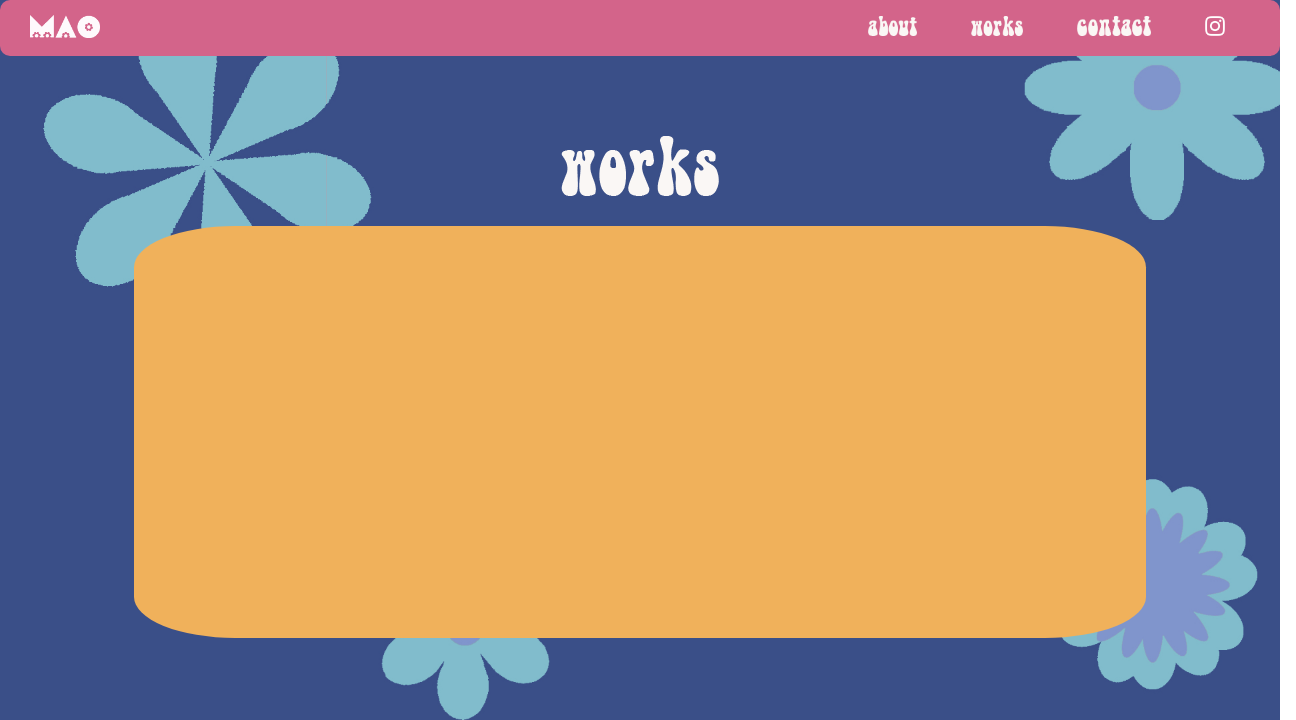
Repository: HarashimaMao/portfolio
Page: works.html
The author's editor kept a record of every edit. The page is drawn from the files as they stood at one moment, then again after the next edit.
The browser window is 1280 px wide. The page is 1280 px wide, then 1296 px, so the pictures cover 1296 px, including what lies to the right of the window. The pictures show the whole page.

Above is the page before.

After the next edit:
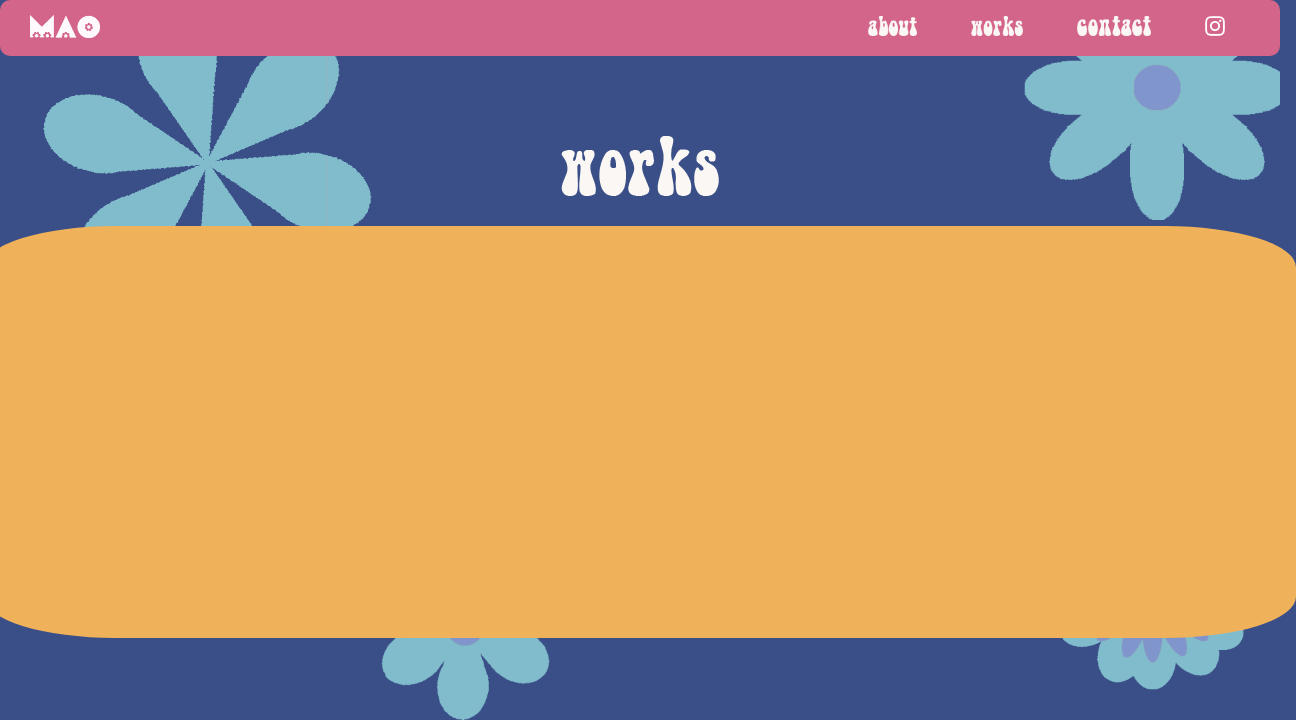
The edit:
--- a/works.html
+++ b/works.html
@@ -56,7 +56,7 @@
 
           .square {
               position: relative;
-              width: 1000px;
+              width: 1300px;
               height: 400px;
               padding: 6px;
               background: #F0B15B;
